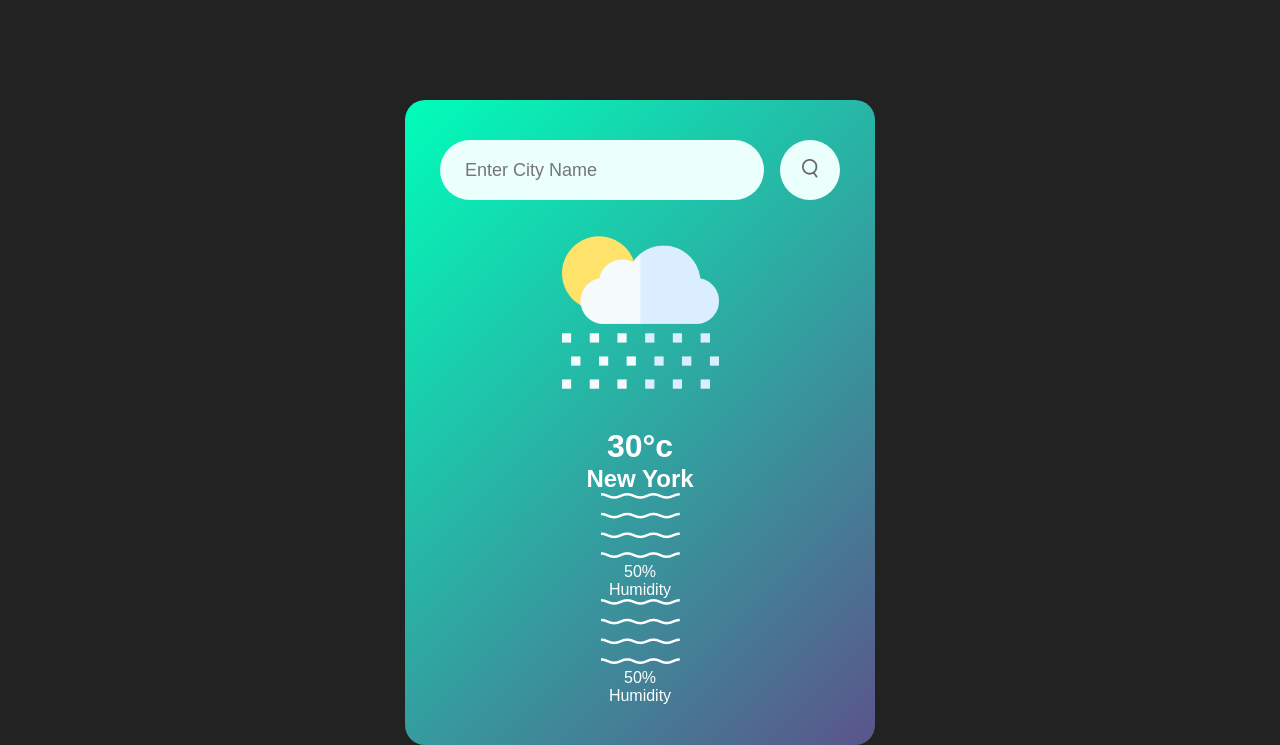
Repository: dubeprince/WeatherApp-Project
Page: WeatherApp/index.html
The author's editor kept a copy of each file at every save. The page is drawn from the files as they stood at one save, then again after the next save.
The browser window is 1280 px wide. The pictures show the whole page.

Above is the page before, as saved 2023-05-26 11:08:47.

After the next save:
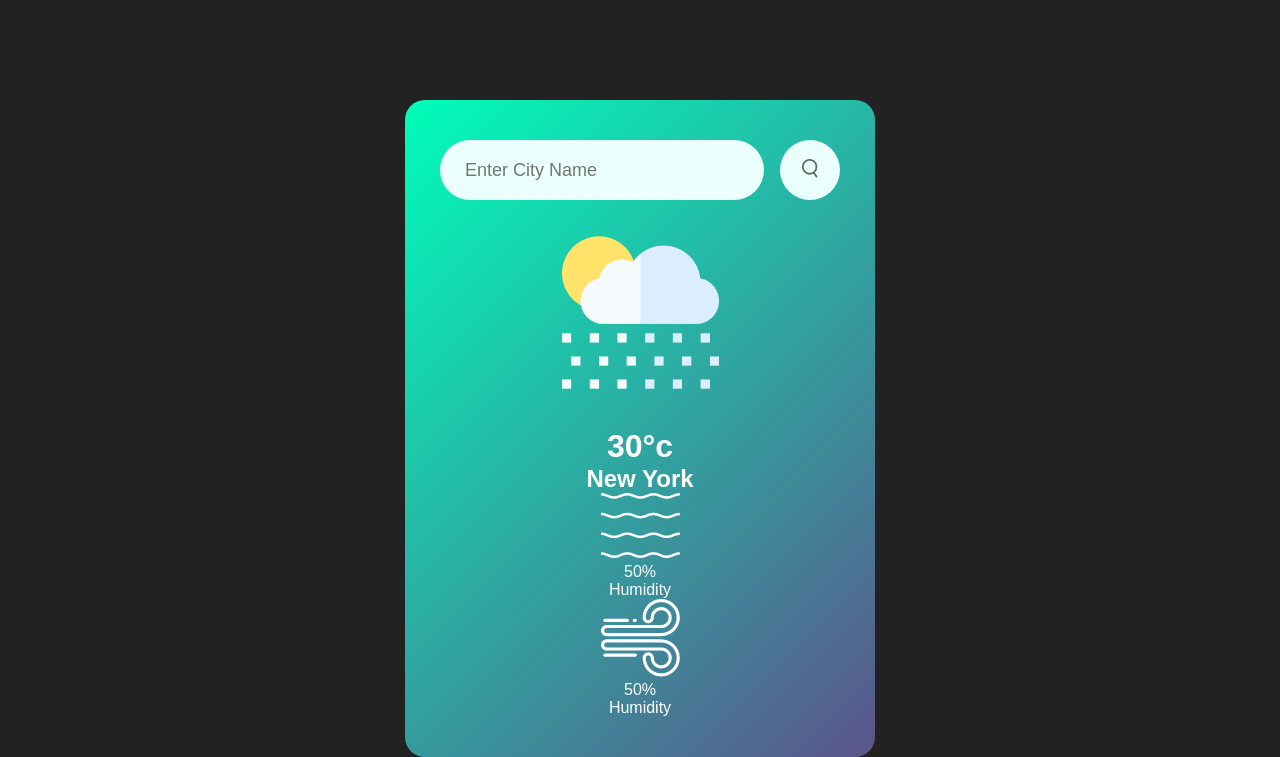
Saved 65 s later.
--- a/WeatherApp/index.html
+++ b/WeatherApp/index.html
@@ -27,7 +27,7 @@
                     </div>
                 </div>
                 <div class="col">
-                    <img src="images/humidity.png" >
+                    <img src="images/wind.png" >
                     <div>
                         <p class="humidity">50%</p>
                         <p>Humidity</p>
